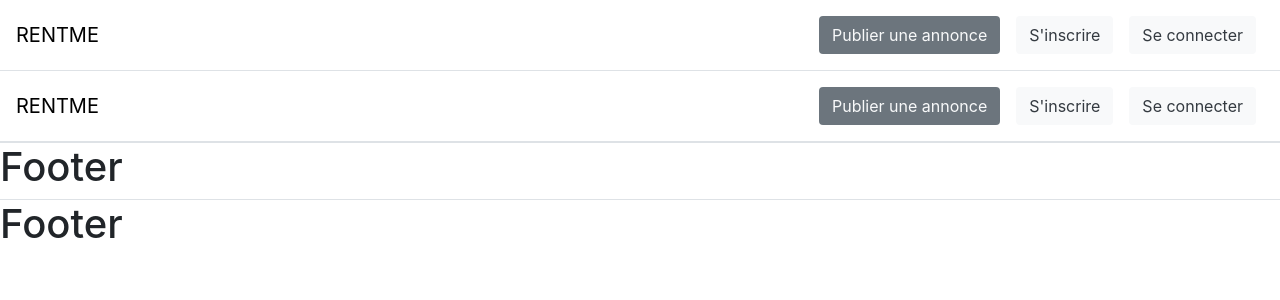
Repository: johan1412/rentme-front
Page: /
These files come from the project's save history. The page is drawn as it stood at one moment and after the next save; the edit follows.
The browser window is 1280 px wide. The pictures show the whole page.
The page's requests for data from a server got no answer. The project was rebuilt for these pictures with package versions that can differ from the ones it lists, and the page was loaded fresh each time. No one was signed in, and anything a server would have sent is missing. Also part of the build but not shown: vue.config.js, src/components/form/LoginForm.vue, src/components/pages/common/auth/LoginPage.vue, src/components/form/RegisterForm.vue, src/components/pages/common/auth/RegisterPage.vue.

Above is the page before, as saved 2022-01-05 02:41:48.

After the next save:
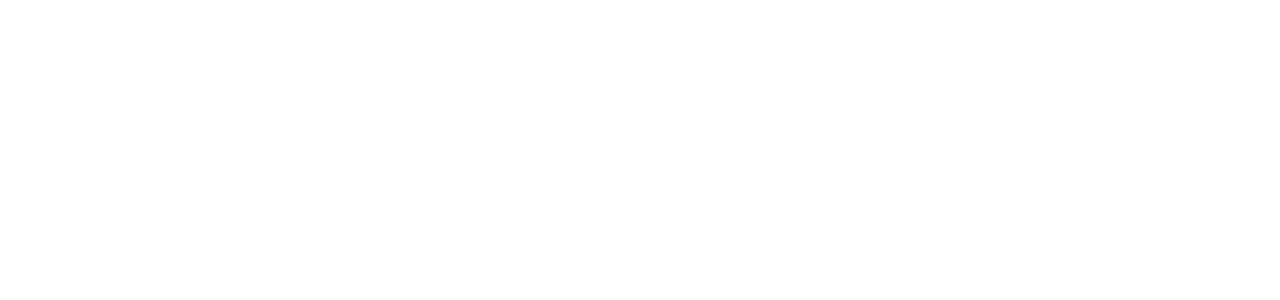
Console error: ReferenceError: NavBare is not defined
Saved 37 s later.
--- a/src/App.vue
+++ b/src/App.vue
@@ -8,7 +8,7 @@
 import AuthService from "./services/AuthService";
 
 export default {
-  components: { BaseLayout },
+  components: { BaseLayout,NavBare },
   name: "App",
   data() {
     return  {

After the 4 saves that followed:
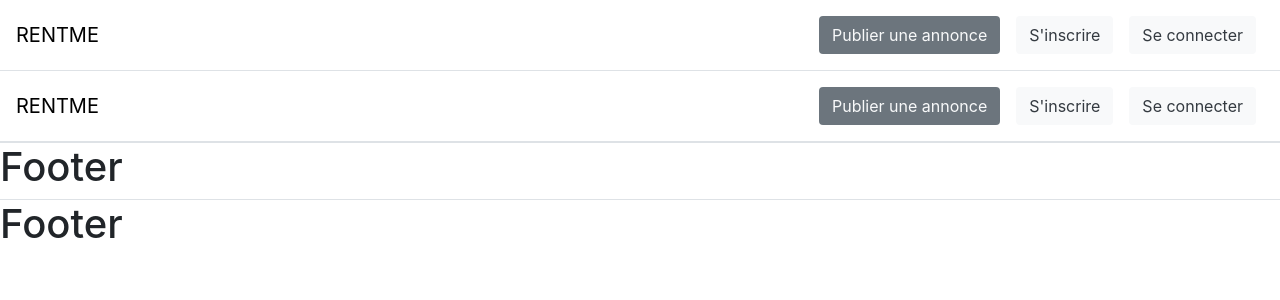
The error is gone.
The 4 saves are shown as one change because 1 did not build or start and some came seconds apart.
The last was saved 25 s later.
--- a/src/App.vue
+++ b/src/App.vue
@@ -5,10 +5,11 @@
 </template>
 <script>
 import BaseLayout from "./components/layout/BaseLayout.vue";
+import NavBar from "./components/layout/NavBar.vue";
 import AuthService from "./services/AuthService";
 
 export default {
-  components: { BaseLayout,NavBare },
+  components: { BaseLayout,NavBar },
   name: "App",
   data() {
     return  {
